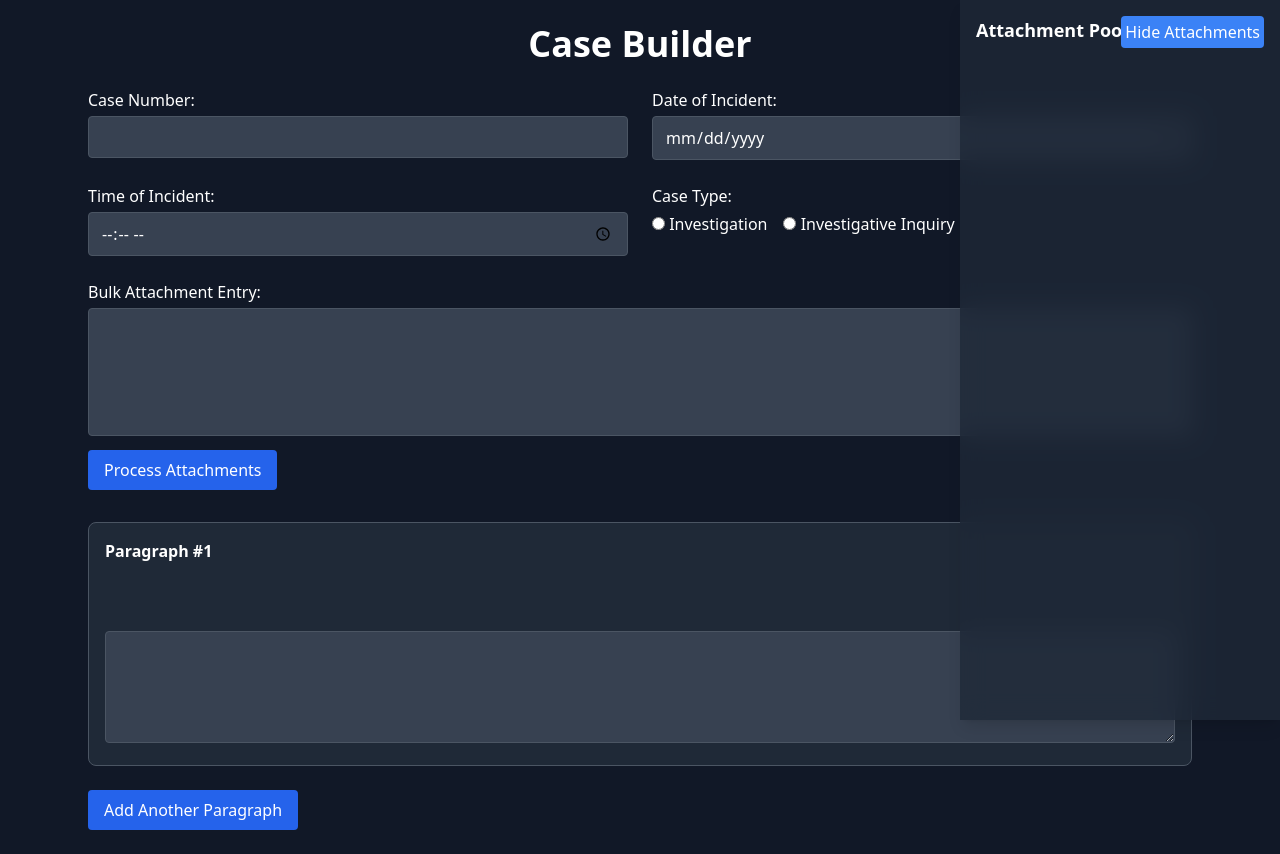
Repository: GettinLudes/CaseBuilder
Page: /
These files come from the project's save history. The page is drawn as it stood at one moment and after the next save; the edit follows.
The browser window is 1280 px wide. The pictures show the whole page.
The project was rebuilt for these pictures with package versions that can differ from the ones it lists, and the page was loaded fresh each time. Also part of the build but not shown: svelte.config.js, vite.config.js.

Above is the page before, as saved 2025-04-11 13:41:35.

After the next save:
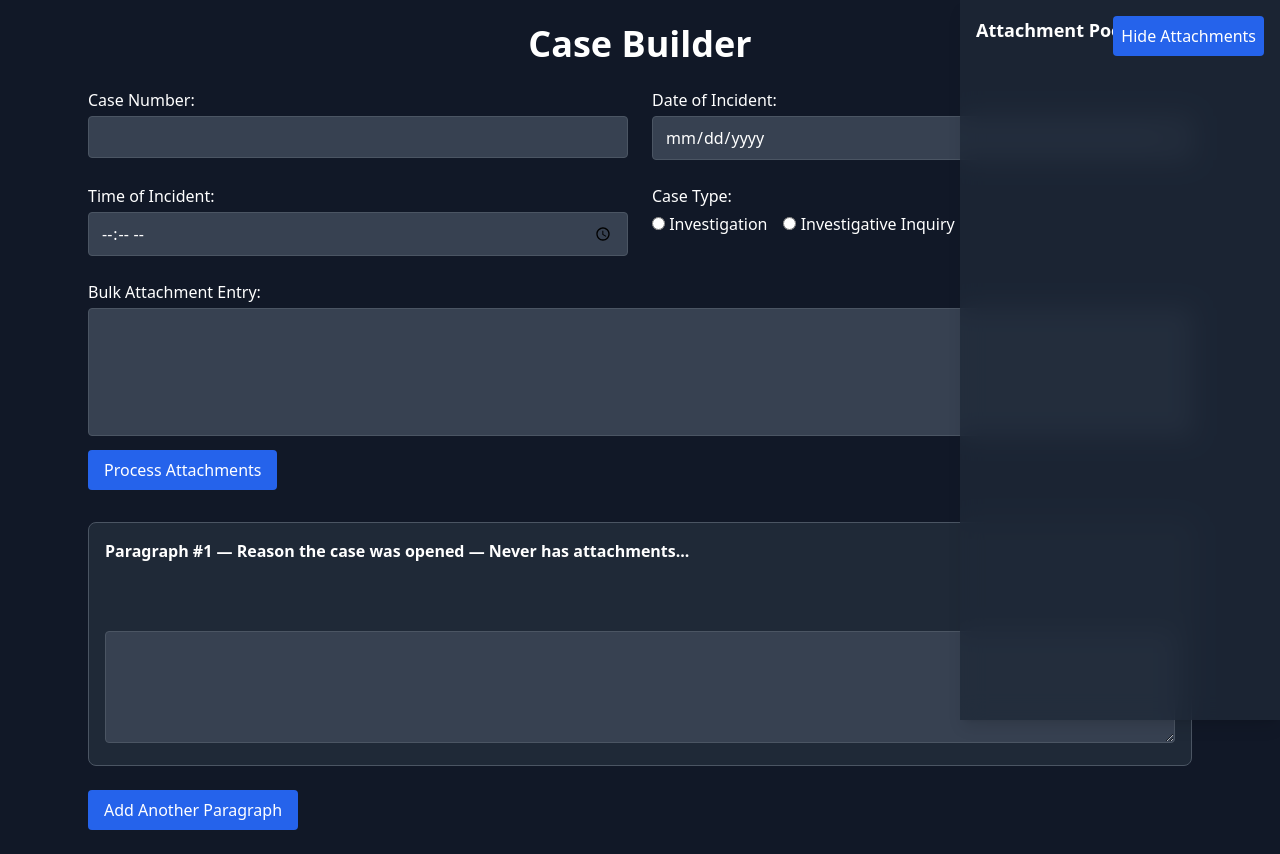
Saved 14 s later.
--- a/src/App.svelte
+++ b/src/App.svelte
@@ -7,12 +7,12 @@
 	let incidentDate = '';
 	let incidentTime = '';
 	let caseType = '';
-	let reportableEmail = 'no';
 	let bulkAttachmentInput = '';
+	let showDrawer = true;
 
 	let allAttachments = [];
 	let paragraphs = [{ content: '', attachments: [], typeOptions: [] }];
-	let showDrawer = true;
+	let usedAttachmentIds = new Set();
 
 	function resizeTextarea(e) {
 		e.target.style.height = 'auto';
@@ -37,26 +37,42 @@
 	}
 
 	async function addParagraph() {
-		paragraphs = [...paragraphs, { content: '', attachments: [], typeOptions: [] }];
+		const nextAvailable = allAttachments.find(a => !usedAttachmentIds.has(a.id));
+		const para = { content: '', attachments: [], typeOptions: [] };
+		paragraphs = [...paragraphs, para];
 		await tick();
-		const last = document.querySelectorAll('.paragraph-block');
-		const el = last[last.length - 1];
+
+		const el = document.querySelectorAll('.paragraph-block')[paragraphs.length - 1];
 		gsap.fromTo(el, { opacity: 0, y: 50 }, { opacity: 1, y: 0, duration: 0.4 });
+
+		if (nextAvailable) {
+			para.attachments.push({ ...nextAvailable });
+			usedAttachmentIds.add(nextAvailable.id);
+			triggerDynamicOptions(paragraphs.length - 1, nextAvailable);
+		}
 	}
 
 	function deleteParagraph(index) {
 		if (index === 0) return;
+		const para = paragraphs[index];
+		para.attachments.forEach(a => usedAttachmentIds.delete(a.id));
 		paragraphs.splice(index, 1);
 	}
 
-	function removeAttachment(pIndex, attId) {
-		paragraphs[pIndex].attachments = paragraphs[pIndex].attachments.filter(a => a.id !== attId);
+	function removeAttachment(pIndex, aIndex) {
+		const att = paragraphs[pIndex].attachments[aIndex];
+		if (att?.id) usedAttachmentIds.delete(att.id);
+		paragraphs[pIndex].attachments.splice(aIndex, 1);
 	}
 
 	function dropAttachment(index, id) {
+		if (index === 0) return; // Paragraph 1 is protected
+
 		const att = allAttachments.find(a => a.id === id);
-		if (!att || index === 0) return;
-		paragraphs[index].attachments.push(att);
+		if (!att) return;
+
+		paragraphs[index].attachments.push({ ...att });
+		usedAttachmentIds.add(att.id);
 		triggerDynamicOptions(index, att);
 	}
 
@@ -64,40 +80,41 @@
 		if (!paragraphs[index].typeOptions) paragraphs[index].typeOptions = [];
 		const options = [];
 
-		if (att.text.toLowerCase().includes('incident report')) {
-			options.push('incidentType');
-		} else if (att.text.toLowerCase().includes('living unit history')) {
-			options.push('livingUnit');
-		} else if (att.text.toLowerCase().includes('dvd')) {
+		if (att.text.toLowerCase().includes('incident report')) options.push('incidentType');
+		else if (att.text.toLowerCase().includes('living unit history')) options.push('livingUnit');
+		else if (att.text.toLowerCase().includes('dvd')) {
 			const photo = allAttachments.find(a => a.text.toLowerCase().includes('photographs'));
-			if (photo) paragraphs[index].attachments.push(photo);
+			if (photo && !paragraphs[index].attachments.find(x => x.id === photo.id)) {
+				paragraphs[index].attachments.push({ ...photo });
+				usedAttachmentIds.add(photo.id);
+			}
 			options.push('dvd');
-		} else if (att.text.toLowerCase().includes('outpatient progress')) {
-			options.push('oopn');
 		}
+		else if (att.text.toLowerCase().includes('outpatient progress')) options.push('oopn');
+
 		paragraphs[index].typeOptions.push(...options);
 	}
 
 	function initDragDrop() {
 		setTimeout(() => {
-			document.querySelectorAll('[data-paragraph-index]').forEach((el, idx) => {
+			document.querySelectorAll('.dropzone-para').forEach((el) => {
 				Sortable.create(el, {
 					group: 'attachments',
 					animation: 150,
 					onAdd: evt => {
-  const id = evt.item.dataset.id;
-  const toPara = evt.to.closest('.paragraph-block');
-  const paraIndex = Array.from(document.querySelectorAll('.paragraph-block')).indexOf(toPara);
-
-  if (paraIndex === 0) {
-    evt.from.appendChild(evt.item);
-    evt.item.title = 'Chill out Becky';
-    return;
-  }
-
-  dropAttachment(paraIndex, id);
-}
-
+						const id = evt.item.dataset.id;
+						const target = evt.to.closest('.paragraph-block');
+						const paraIndex = Array.from(document.querySelectorAll('.paragraph-block')).indexOf(target);
+
+						if (paraIndex === 0) {
+							evt.from.appendChild(evt.item);
+							evt.item.title = 'Chill out Becky';
+							return;
+						}
+
+						dropAttachment(paraIndex, id);
+						evt.item.remove(); // Clean up duplicate DOM node
+					}
 				});
 			});
 
@@ -120,18 +137,9 @@
 
 	<!-- Form Inputs -->
 	<div class="mb-6 grid grid-cols-2 gap-6">
-		<div>
-			<label class="block mb-1">Case Number:</label>
-			<input bind:value={caseNumber} class="input-field" />
-		</div>
-		<div>
-			<label class="block mb-1">Date of Incident:</label>
-			<input type="date" bind:value={incidentDate} class="input-field" />
-		</div>
-		<div>
-			<label class="block mb-1">Time of Incident:</label>
-			<input type="time" bind:value={incidentTime} class="input-field" />
-		</div>
+		<div><label class="block mb-1">Case Number:</label><input bind:value={caseNumber} class="input-field" /></div>
+		<div><label class="block mb-1">Date of Incident:</label><input type="date" bind:value={incidentDate} class="input-field" /></div>
+		<div><label class="block mb-1">Time of Incident:</label><input type="time" bind:value={incidentTime} class="input-field" /></div>
 		<div>
 			<label class="block mb-1">Case Type:</label>
 			<div class="flex gap-4">
@@ -149,16 +157,15 @@
 	</div>
 
 	<!-- Toggle Drawer -->
-	<button class="fixed right-4 top-4 z-50 bg-blue-500 text-white p-1 rounded" on:click={() => showDrawer = !showDrawer}>
+	<button class="fixed right-4 top-4 z-50 bg-blue-600 text-white p-2 rounded" on:click={() => showDrawer = !showDrawer}>
 		{showDrawer ? 'Hide' : 'Show'} Attachments
 	</button>
 
 	<!-- Drawer for Attachment Pool -->
 	<div class={`fixed top-0 right-0 h-full bg-gray-800/80 backdrop-blur-md p-4 shadow-lg transition-transform transform ${showDrawer ? 'translate-x-0' : 'translate-x-full'} w-80 overflow-y-auto z-40`}>
-
 		<h2 class="text-lg font-semibold mb-2">Attachment Pool</h2>
 		<ul id="attachmentPool" class="drag-and-drop__items text-xs">
-			{#each allAttachments as att, i (att.id)}
+			{#each allAttachments.filter(a => !usedAttachmentIds.has(a.id)) as att, i (att.id)}
 				<li class="drag-and-drop__item" data-id={att.id}>{i + 1}. {att.text || att.raw}</li>
 			{/each}
 		</ul>
@@ -168,12 +175,15 @@
 	<div class="space-y-6 mt-8">
 		{#each paragraphs as para, index (index)}
 			<div class="paragraph-block bg-gray-800 p-4 rounded-lg border border-gray-600">
-				<h2 class="font-semibold mb-2">Paragraph #{index + 1}</h2>
-				<ul class="drag-and-drop__items" data-paragraph-index>
+				<h2 class="font-semibold mb-2">
+					Paragraph #{index + 1} {index === 0 ? '— Reason the case was opened — Never has attachments...' : ''}
+				</h2>
+
+				<ul class="drag-and-drop__items dropzone-para" data-paragraph-index>
 					{#each para.attachments as att, aIndex (att.id + '-' + aIndex)}
 						<li class="drag-and-drop__item bg-gray-700">
 							📎 {att.text || att.raw}
-							<button class="ml-2 text-red-400 hover:text-red-600" on:click={() => removeAttachment(index, att.id)}>Remove</button>
+							<button class="ml-2 text-red-400 hover:text-red-600" on:click={() => removeAttachment(index, aIndex)}>Remove</button>
 						</li>
 					{/each}
 				</ul>
